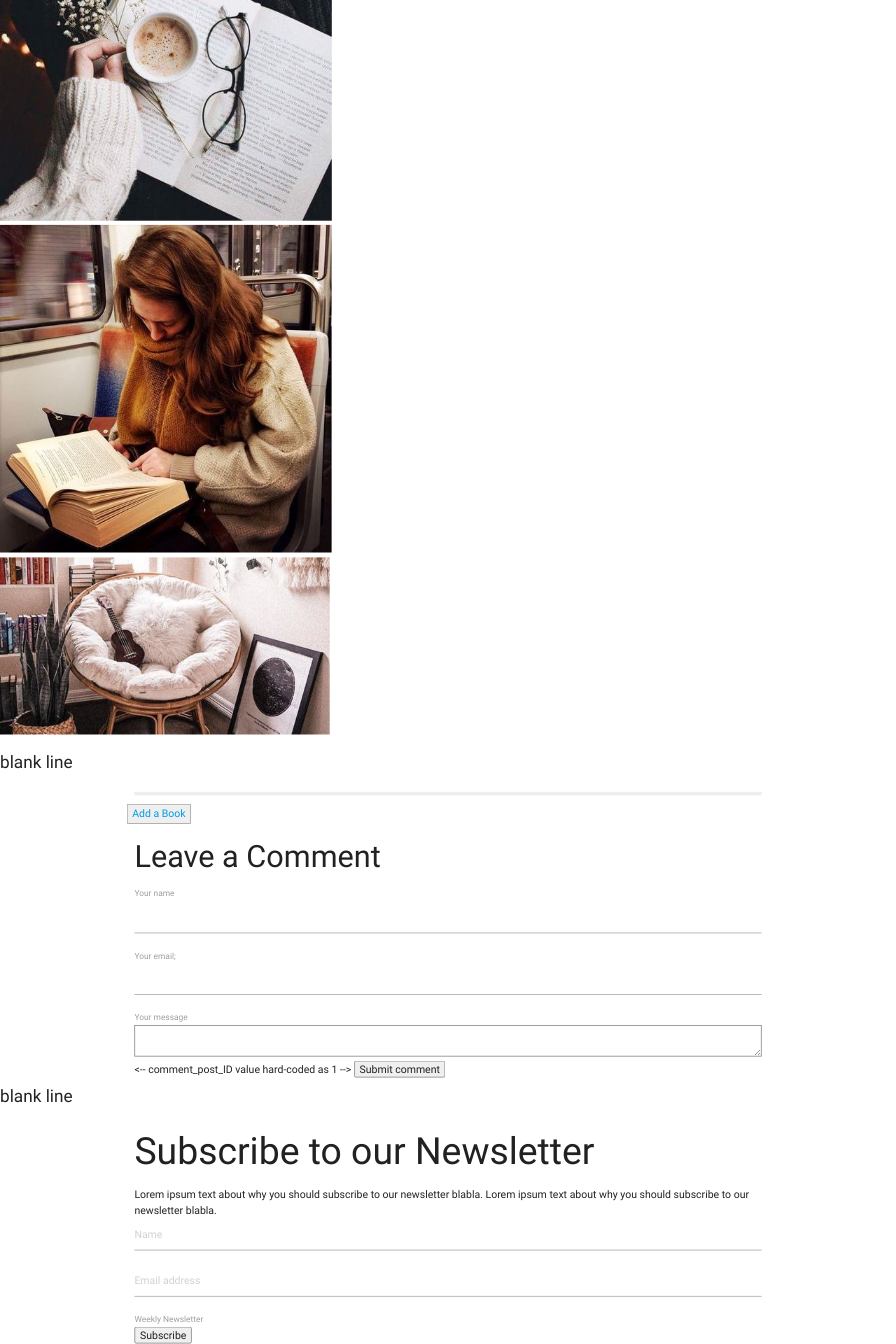
Repository: elizabeth24602/paper-to-screen
Page: http://localhost/forum1
The author's editor kept a record of every edit. The page is drawn from the files as they stood at one moment, then again after the next edit.
The browser window is 1280 px wide. The pictures show the part of the page from y = 1005 to 2925 px (the page is 2925 px tall), at 70% of full size.
Some web libraries are served in a nearby version. The page is served by the project's application, run on Flask 3 (app.py). Queries for data that is not in the repository find no rows.

Above is the page before.

After the next edit:
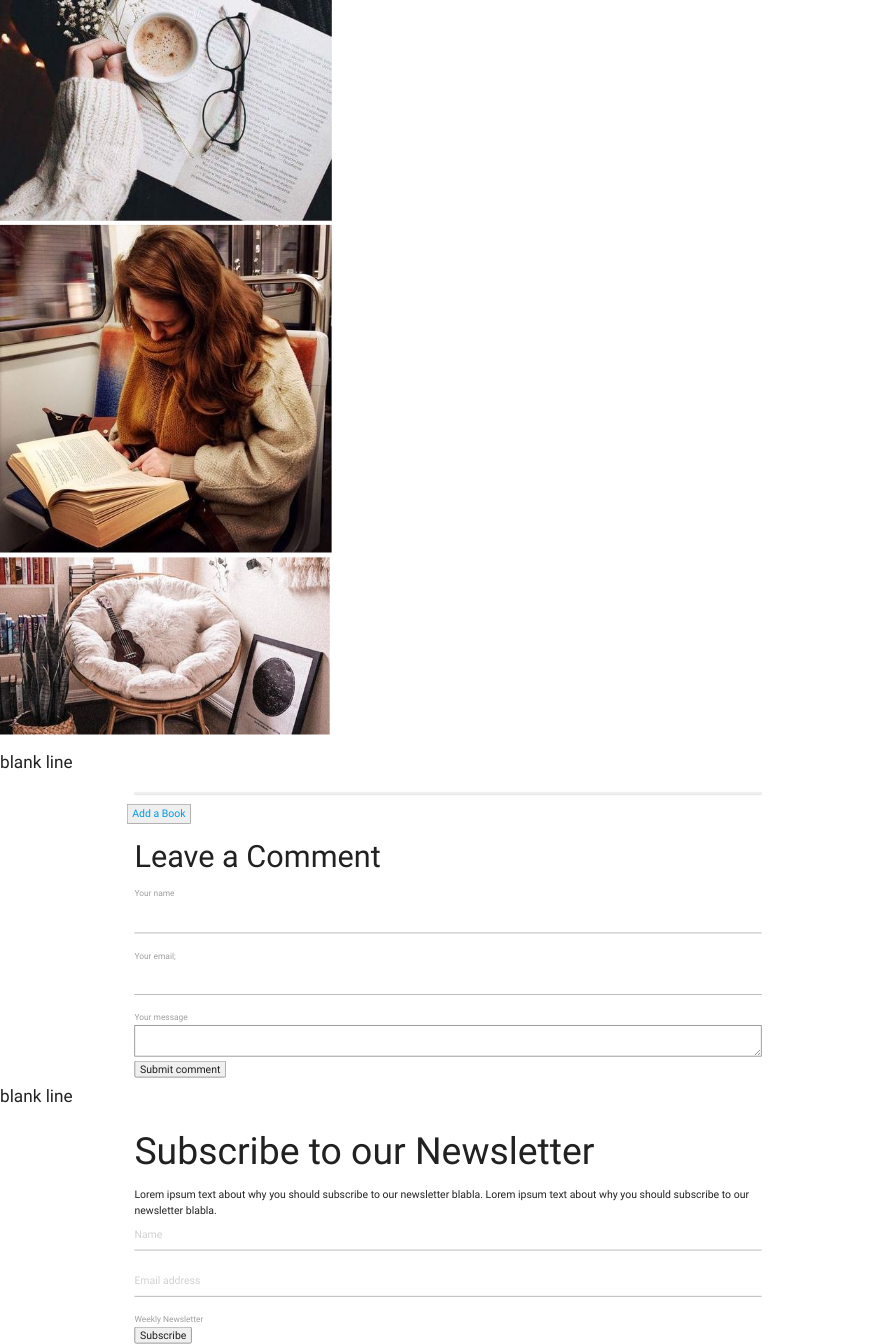
The edit:
--- a/templates/forum1.html
+++ b/templates/forum1.html
@@ -79,7 +79,6 @@
     <label for="comment" class="required">Your message</label>
     <textarea name="comment" id="comment" rows="10" tabindex="4"  required="required"></textarea>
 
-    <-- comment_post_ID value hard-coded as 1 -->
     <input type="hidden" name="comment_post_ID" value="1" id="comment_post_ID" />
     <input name="submit" type="submit" value="Submit comment" />
 
